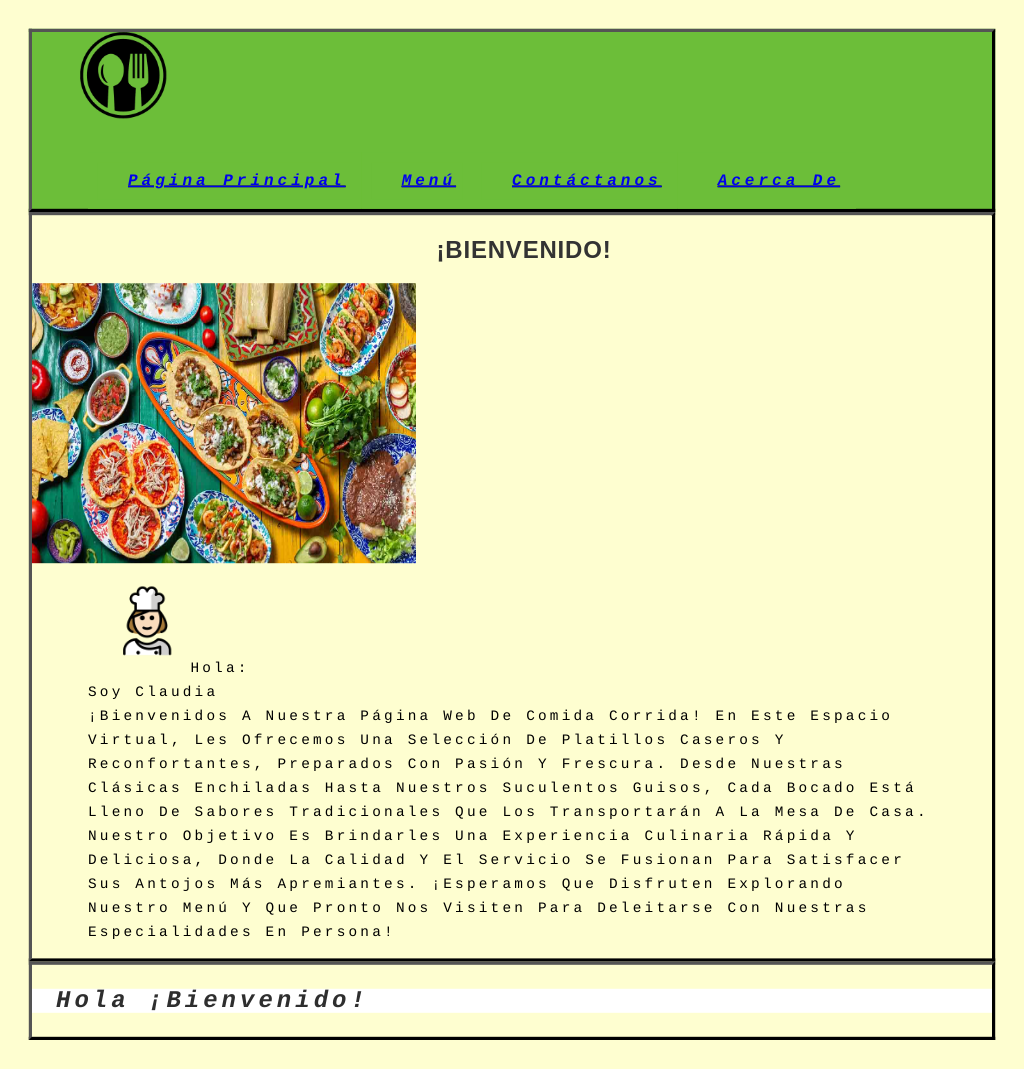
Repository: UVMCoyoacan/eq06_sitio1
Page: index.html
The author's editor kept a copy of each file at every save. The page is drawn from the files as they stood at one save, then again after the next save.
The browser window is 1280 px wide. The pictures show the whole page, at 80% of full size.

Above is the page before, as saved 2024-04-13 21:52:22.

### index.html
<!DOCTYPE html>
<html>
    <head>
        <link rel="stylesheet" href="./Carpeta estilos/estilo1.css"/>
        <meta charset="utf-8" />
    </head>
    <body>
        <header id="parte_inicial" role="banner">
            <div class="encabezado" style="display: flex;   flex-wrap: wrap; ">
                    <div style="flex-wrap:wrap; text-align: center; white-space: nowrap; ">
                    <img width="108" height="108" src="./Carpeta ims/tres.png" onclick="redirigirIndex()" style="text-align: left; cursor:pointer; text-align: center;";>

                    </div>
            <div >
            <ul >
                <li  ><a href="#">Página principal</a></li>
                <li ><a href="./Carpeta docs/menu.html">Menú</a></li>
                <li ><a href="./Carpeta docs/contactos.html">Contáctanos</a></li>
                <li ><a class="active" href="./Carpeta docs/acercade.html">Acerca de</a></li>
            </ul>
        </div>
            </div>
        </header>
    <div style="border-style: outset;
    border-color: #000000;
    border-width: .4ch;">
        <h2>¡Bienvenido!</h2>
        <img width="480" height="350" src="./Carpeta ims/comida.png">
        <ul><img width="108" height="108" src="./Carpeta ims/chef.png">Hola: <br>

            Soy Claudia<br>

            ¡Bienvenidos a nuestra página web de comida corrida! En este espacio virtual, les ofrecemos una selección de platillos caseros y reconfortantes, preparados con pasión y frescura. Desde nuestras clásicas enchiladas hasta nuestros suculentos guisos, cada bocado está lleno de sabores tradicionales que los transportarán a la mesa de casa. Nuestro objetivo es brindarles una experiencia culinaria rápida y deliciosa, donde la calidad y el servicio se fusionan para satisfacer sus antojos más apremiantes. ¡Esperamos que disfruten explorando nuestro menú y que pronto nos visiten para deleitarse con nuestras especialidades en persona!

            </ul>
        </div>
    <div style="border-style: outset;
    border-color: #000000;
    border-width: .4ch;">
        <footer >
            <p>Hola ¡Bienvenido!</p>
        </footer>
    </div>
    </body>
    <script src="./Carpeta js/js1.js">
    </script>
</html>

### Carpeta estilos/estilo1.css
body{
  background-color:#fefec0be;
  font-size:20px;
  font-family:Courier;
  font-weight:bold;
  font-style:normal;
  line-height:30px;
  letter-spacing:5px;
  padding: 28px;
  text-transform:capitalize;
  text-align:left;
  text-indent:30px;

}
header{
  background-color:#6cbe39;
  font-size:20px;
  font-family:Courier;
  font-weight:bold;
  font-style:italic;
  line-height:60px;
  letter-spacing:5px;
  text-transform:capitalize;
  text-align:left;
  text-indent:60px;
  border-style: outset;
  border-color: #000000;
  border-width: .4ch;

}
li {
  display: inline;
  float: left;
  background-color:#6cbe39;
  font-size:20px;
  font-family:Courier;
  font-weight:bold;
  font-style:oblique;
  line-height:30px;
  letter-spacing:5px;
  text-decoration:underline;
  text-transform:capitalize;
  text-align:left;
  text-indent:30px;
  border-style:inherit;
  border-color: #303130;
  padding: 12px;
}


a {
  display: block;
  padding: 8px;
  background-color:#6cbe39;
}
.active {
  background-color:transparent;

}

#titulo{
  text-decoration: overline underline;
  font-size:30px;
  font-style:oblique;

}

p{

    font-size: 30px;
    font-family: Courier;
    font-weight: bold;
    font-style:italic;
    line-height: 30px;
    letter-spacing: 5px;
    text-transform: capitalize;
    text-align: left;
    text-indent: 30px;
    margin-left: auto;
    color: #2e2e2e;
      background-color: #ffffff;


    }

  ol{

      font-size: 20px;
      font-family: Courier;
      font-weight:200;
      font-style: normal;
      line-height: 30px;
      letter-spacing: 5px;
      text-transform: capitalize;
      text-align: left;
      text-indent: 30px;
      color: #2e2e2e;
      padding-left: 40px;
    }
    h1{
      font-size: 30px;
      font-family: Courier;
      font-weight: bold;
      font-style:italic;
      line-height: 30px;
      letter-spacing: 5px;
      text-transform: capitalize;
      text-align: left;
      text-indent: 30px;
      margin-left: auto;
      color: #2e2e2e;
        background-color: #b3e64c;
    }
    h2 {
      font-size: 30px;
      font-family: Arial, sans-serif;
      font-weight: bold;
      font-style: normal;
      line-height: 1.5;
      letter-spacing: 1px;
      text-transform: uppercase;
      text-align: center;
      color: #333333;
      margin-top: 20px;
      margin-bottom: 20px;
    }
    ul{
      font-size: 18px;
      font-family: Courier;
      font-weight:200;
      font-style:initial;
      line-height: 30px;
      letter-spacing: 4px;
      text-transform: capitalize;
      text-align: left;
      text-indent: 20px;
      color: #000000;
      padding-left: 70px;
      padding-right: 70px;

    }

  h3{
    font-size: 30px;
    font-family: Courier;
    font-weight: bold;
    font-style:italic;
    line-height: 30px;
    letter-spacing: 5px;
    text-transform: capitalize;
    text-align: left;
    text-indent: 30px;
    margin-left: auto;
    color: #2e2e2e;
      background-color: #b3e64c;
  }
  h4 {
    font-size: 30px;
    font-family: Arial, sans-serif;
    font-weight: bold;
    font-style: normal;
    line-height: 1.5;
    letter-spacing: 1px;
    text-transform: uppercase;
    text-align: center;
    color: #333333;
    margin-top: 20px;
    margin-bottom: 20px;
  }

### Carpeta js/js1.js
function redirigirIndex() {
    window.location.href = '../index.html';
}

After the next save:
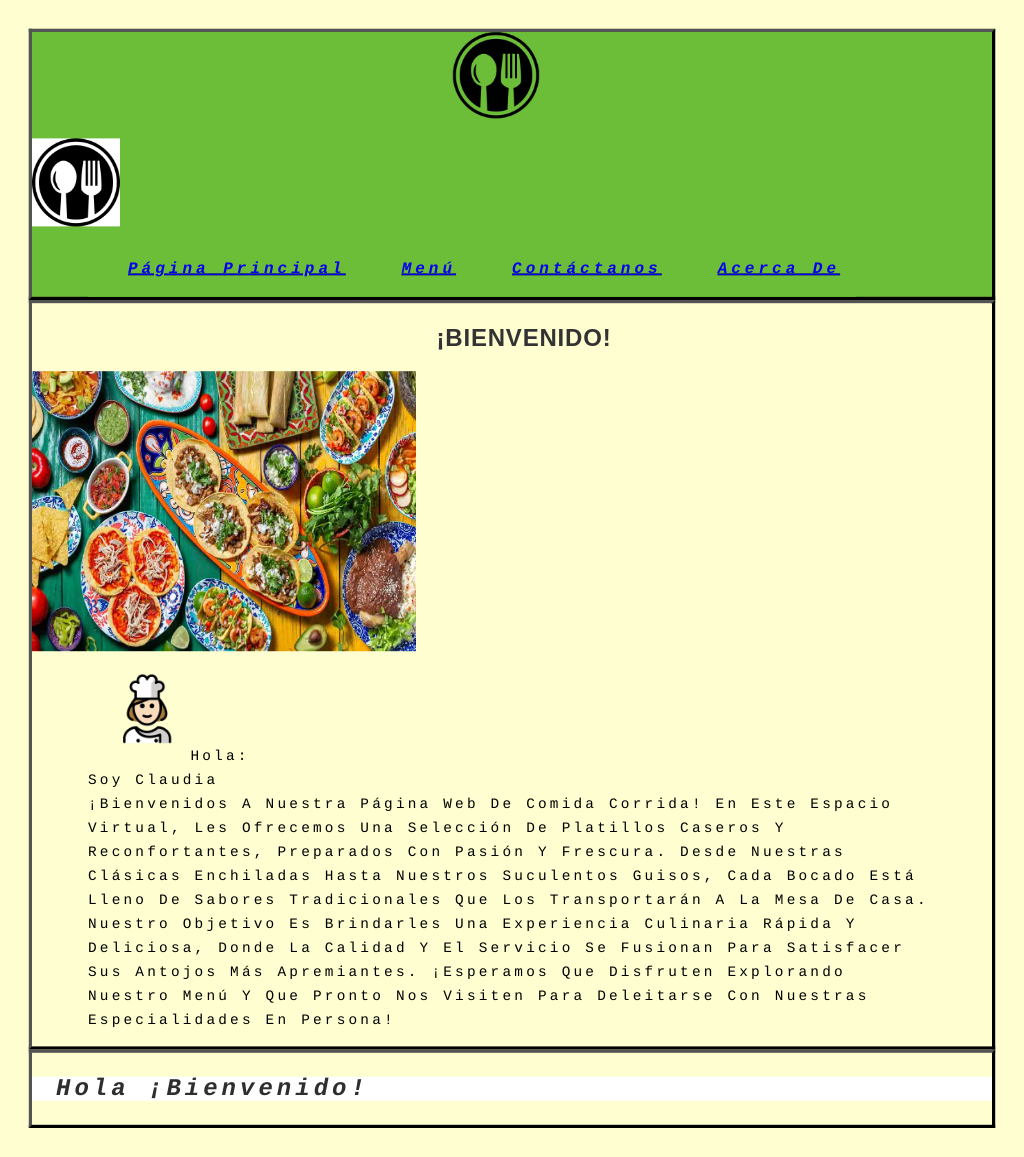
Saved 4 min 47 s later.
--- a/index.html
+++ b/index.html
@@ -6,9 +6,16 @@
     </head>
     <body>
         <header id="parte_inicial" role="banner">
+
             <div class="encabezado" style="display: flex;   flex-wrap: wrap; ">
                     <div style="flex-wrap:wrap; text-align: center; white-space: nowrap; ">
                     <img width="108" height="108" src="./Carpeta ims/tres.png" onclick="redirigirIndex()" style="text-align: left; cursor:pointer; text-align: center;";>
+
+            <div class="encabezado" style="display: flex;">
+
+
+                    <img width="110" height="110" src="./Carpeta ims/Logo.jpeg" onclick="redirigirIndex()" style="text-align:center; cursor:pointer;";>
+
 
                     </div>
             <div >

After the save that followed:
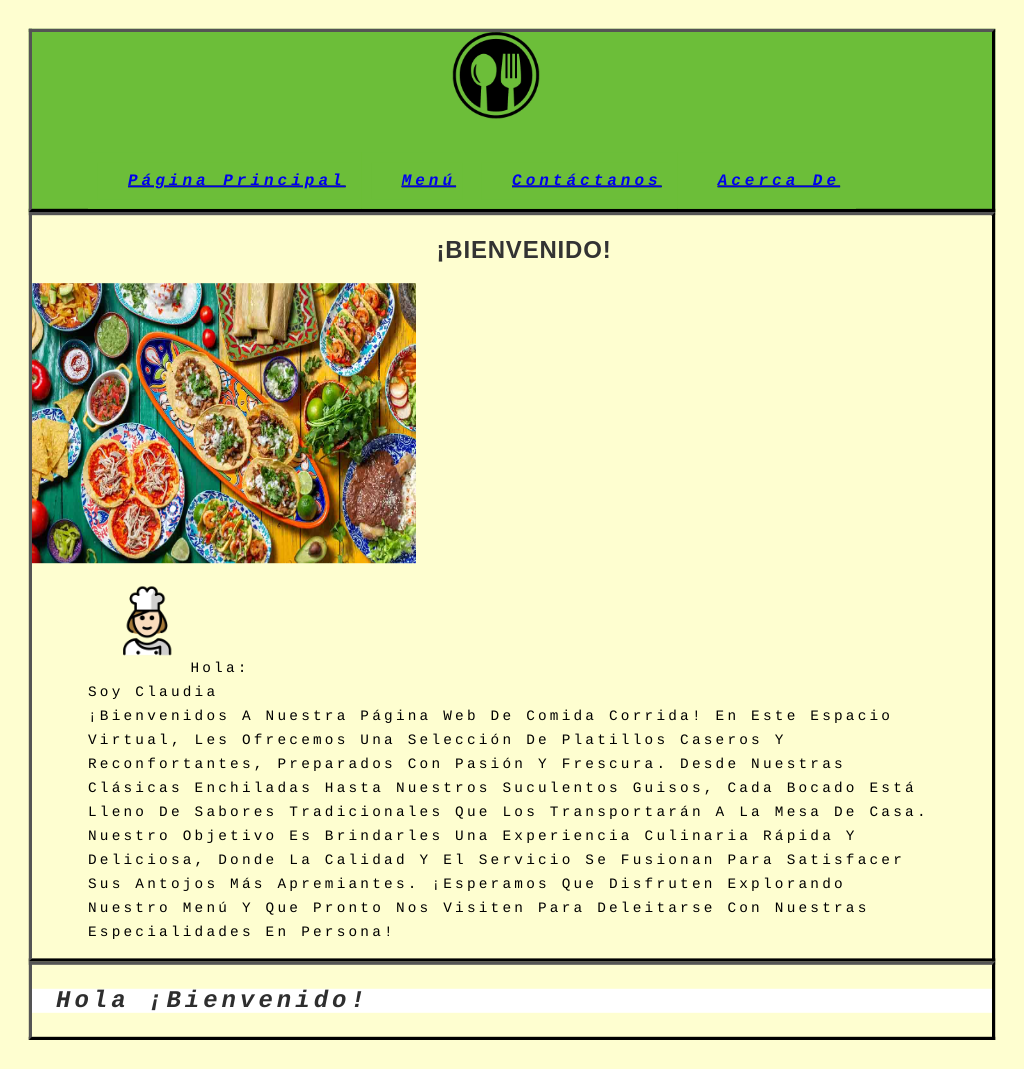
Saved 29 s later.
--- a/index.html
+++ b/index.html
@@ -11,13 +11,6 @@
                     <div style="flex-wrap:wrap; text-align: center; white-space: nowrap; ">
                     <img width="108" height="108" src="./Carpeta ims/tres.png" onclick="redirigirIndex()" style="text-align: left; cursor:pointer; text-align: center;";>
 
-            <div class="encabezado" style="display: flex;">
-
-
-                    <img width="110" height="110" src="./Carpeta ims/Logo.jpeg" onclick="redirigirIndex()" style="text-align:center; cursor:pointer;";>
-
-
-                    </div>
             <div >
             <ul >
                 <li  ><a href="#">Página principal</a></li>
